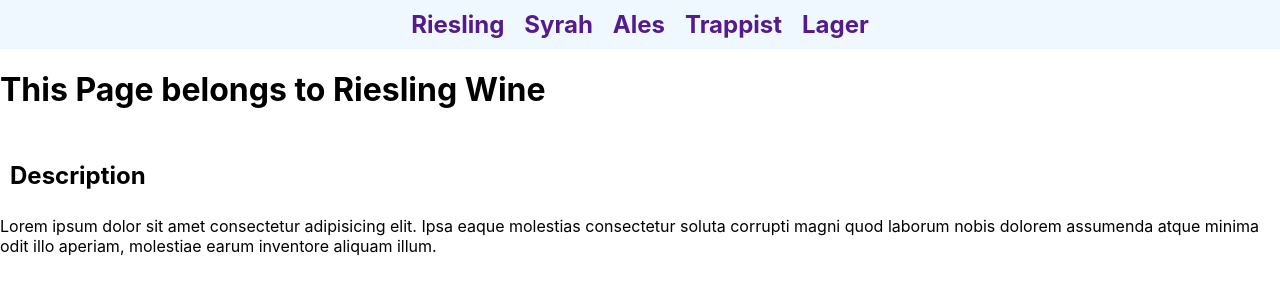
Repository: portretrieve/react-practice
Page: /
These files come from the project's save history. The page is drawn as it stood at one moment and after the next save; the edit follows.
The browser window is 1280 px wide. The pictures show the whole page.
The project was rebuilt for these pictures with package versions that can differ from the ones it lists, and the page was loaded fresh each time. Also part of the build but not shown: src/wines/Syrah.js, src/beers/Ale.js, src/beers/Lager.js, src/beers/Trappist.js.

Above is the page before, as saved 2021-08-26 19:25:15.

### src/App.js
import { BrowserRouter, Route, Redirect, Switch } from "react-router-dom";
import { Link } from "react-router-dom";

import Riesling from "./wines/Riesling";
import Syrah from "./wines/Syrah";
import Ale from "./beers/Ale";
import Lager from "./beers/Lager";
import Trappist from "./beers/Trappist";

import Header from "./navigation/Header";

function App() {
  return (
    <BrowserRouter>
      <Header />
      {/* <Switch></Switch> */}
      <Route path="/" exact>
        <Riesling />
      </Route>
      <Route path="/wines/syrah">
        <Syrah />
      </Route>
      <Route path="/beers/ale">
        <Ale />
      </Route>
      <Route path="/beers/trappist">
        <Trappist />
      </Route>
      <Route path="/beers/lager">
        <Lager />
      </Route>
    </BrowserRouter>
  );
}

export default App;

### src/wines/Riesling.js
import React from "react";

function Riesling() {
  return (
    <div>
      <h1>This Page belongs to Riesling Wine</h1>
      <br />
      <h2>Description</h2>
      <p>
        Lorem ipsum dolor sit amet consectetur adipisicing elit. Ipsa eaque
        molestias consectetur soluta corrupti magni quod laborum nobis dolorem
        assumenda atque minima odit illo aperiam, molestiae earum inventore
        aliquam illum.
      </p>
    </div>
  );
}

export default Riesling;

### src/navigation/Header.js
import React from "react";
import classes from "./header.module.css";
import { Link } from "react-router-dom";

function Header() {
  return (
    <header className={classes.header}>
      <nav>
        <h2>
          <Link href="/">Riesling</Link>
        </h2>
        <h2>
          <Link href="/syrah">Syrah</Link>
        </h2>
        <h2>
          <Link href="/ale">Ales</Link>
        </h2>
        <h2>
          <Link href="/trappist">Trappist</Link>
        </h2>
        <h2>
          <Link href="/lager">Lager</Link>
        </h2>
      </nav>
    </header>
  );
}

export default Header;

### src/navigation/header.module.css
.header {
    margin: 0 auto;
    text-align: center;
    background-color: aliceblue;
}

h2 {
    display: inline-block;
    margin: 10px;
}

a {
    text-decoration: none;
}

Loaded but not shown: public/index.html (common file); src/index.js (common file); src/index.css (common file)

After the next save:
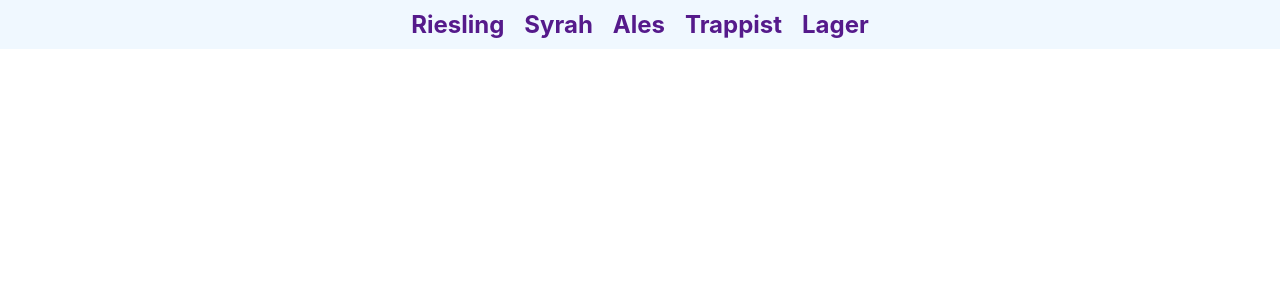
Saved 27 s later.
--- a/src/App.js
+++ b/src/App.js
@@ -14,7 +14,7 @@ function App() {
     <BrowserRouter>
       <Header />
       {/* <Switch></Switch> */}
-      <Route path="/" exact>
+      <Route path="/wines" exact>
         <Riesling />
       </Route>
       <Route path="/wines/syrah">
